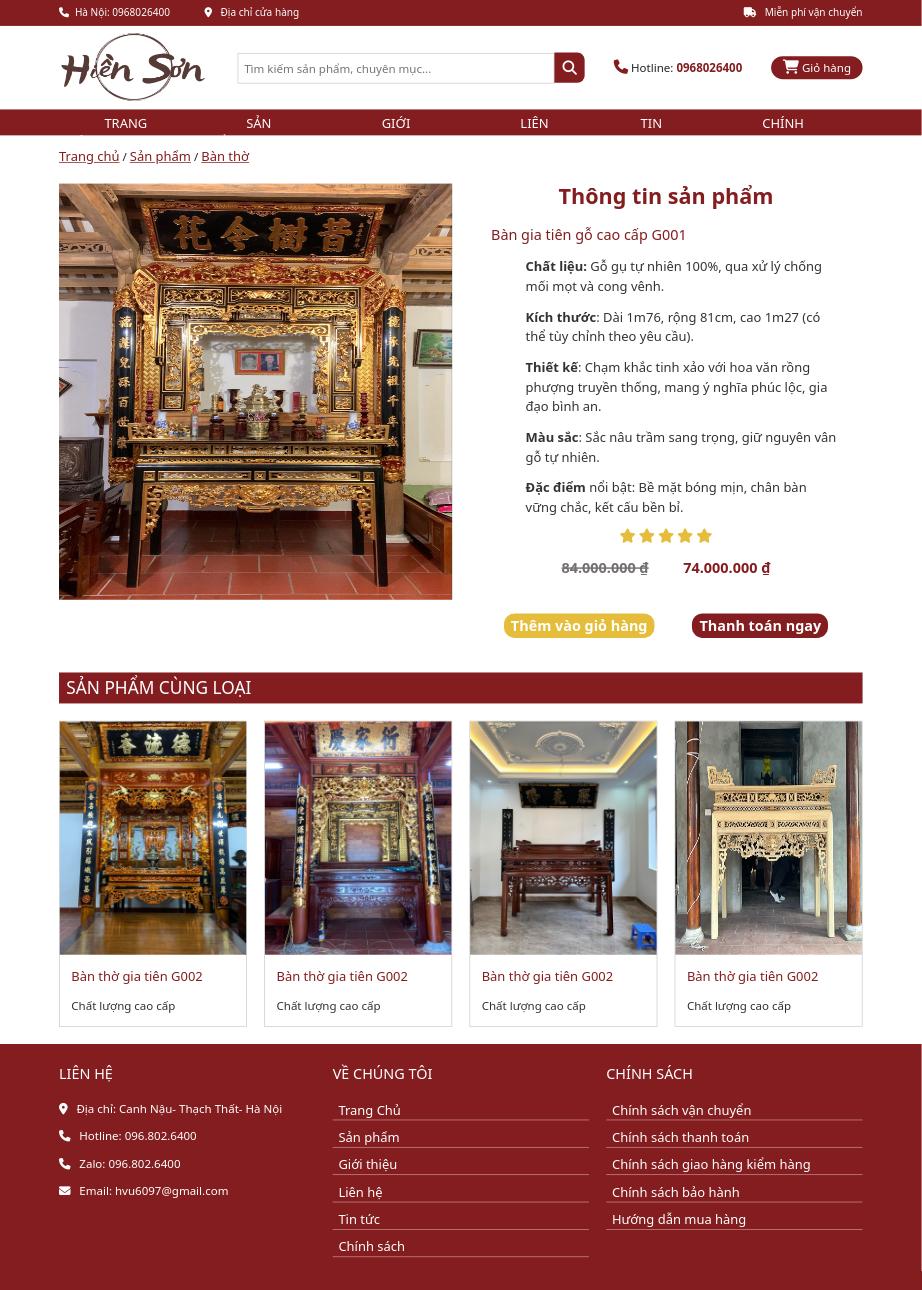
Repository: hoang28092000/do_go_hien_son
Page: product_details/ban_tho-g004.html
The author's editor kept a copy of each file at every save. The page is drawn from the files as they stood at one save, then again after the next save.
The browser window is 1280 px wide. The pictures show the whole page, at 72% of full size.
Some web libraries are served in a nearby version.

Above is the page before, as saved 2024-08-10 22:05:36.

After the next save:
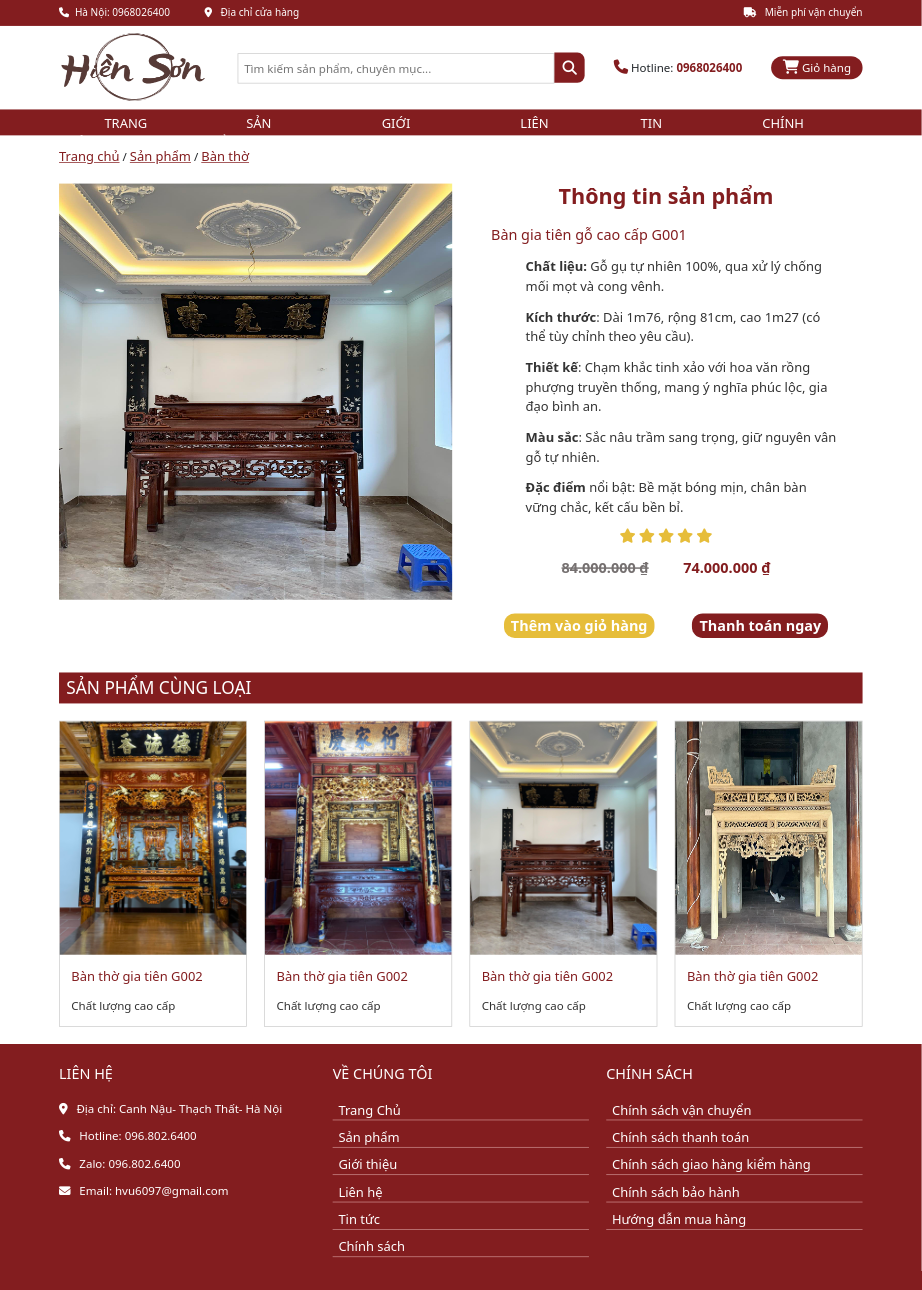
Saved 12 s later.
--- a/product_details/ban_tho-g004.html
+++ b/product_details/ban_tho-g004.html
@@ -79,7 +79,7 @@
             <div class="card-p_details">
                 <div class="row">
                     <div class="col-lg-6">
-                        <img src="../asset/image/anhn1.jfif" alt="" class="img-p_details w-100">
+                        <img src="../asset/image/anhn5.jfif" alt="" class="img-p_details w-100">
                     </div>
                     <div class="col-lg-6">
                         <div class="info-p_details">
